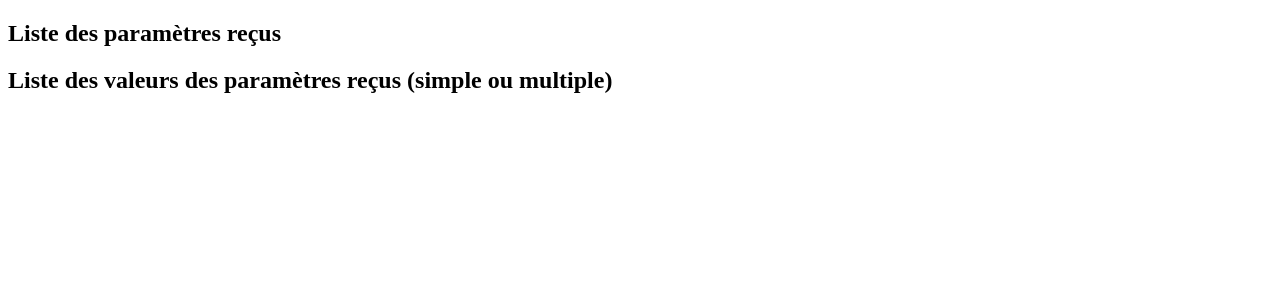
Repository: big73/NFE114
Page: http://localhost/Seance3_params_JSP/afficheForm.jsp
The author's editor kept a copy of each file at every save. The page is drawn from the files as they stood at one save, then again after the next save.
The browser window is 1280 px wide. The pictures show the whole page.
The page is served by Tomcat 9.

Above is the page before, as saved 2015-12-28 15:05:30.

### Seance3_params_JSP/WebContent/afficheForm.jsp
<%@ page language="java" contentType="text/html; charset=UTF-8" pageEncoding="UTF-8"%>
<%@ taglib uri="http://java.sun.com/jsp/jstl/core" prefix="c" %>
<%@ taglib uri="http://java.sun.com/jsp/jstl/functions" prefix="fn" %>
<!DOCTYPE html PUBLIC "-//W3C//DTD HTML 4.01 Transitional//EN" "http://www.w3.org/TR/html4/loose.dtd">
<html>
<head>
<meta http-equiv="Content-Type" content="text/html; charset=UTF-8">
<title>Traitement des paramètres</title>
<link rel="stylesheet" href="css/style.css">
</head>
<body>

	<h2>Liste des paramètres reçus</h2>

		<c:forEach var="parametre" items="${param}">
			<c:out value="${parametre.key}" />
			<c:out value="${parametre.value }" /><br>
		</c:forEach>

	<h2>Liste des valeurs des paramètres reçus (simple ou multiple)</h2>
	<ul>
		<c:forEach var="par" items="${paramValues }">
			<c:set var="typeParam" value="${(fn:length(par.value) > 1) ? 'multiple' : 'simple' }" />
			<li>
				<c:out value="paramètre ${par.key } est de type : ${typeParam }" /><br>
				valeur :
				<c:forEach var="valParam" items="${par.value}">
					<c:out value="${valParam }"></c:out>
				</c:forEach>
			</li>
		</c:forEach>
	</ul>

	<div>
	<!-- on teste si le gars a visité au moins un pays ou pas du tout -->
	<c:choose>
		<c:when test="${! empty paramValues.paysSelected } && ${! empty paramValues.paysOption }">
		<h3>
			<c:out value="${param.prenom} ${param.nom } a visité les pays suivant :" />
		</h3>
		<table border="1">
			<tr>
				<th>Sélection multiple de pays</th>
				<td>

				</td>
			</tr>
			<tr>
				<th>Sélection d'autres pays</th>
				<td>

				</td>
			</tr>
		</table>
		</c:when>
	</c:choose>
	</div>

</body>
</html>

### Seance3_params_JSP/WebContent/css/style.css
li,div
{
	margin : 20px;
}
table, th, td {
    border: 1px solid black;
}

After the next save:
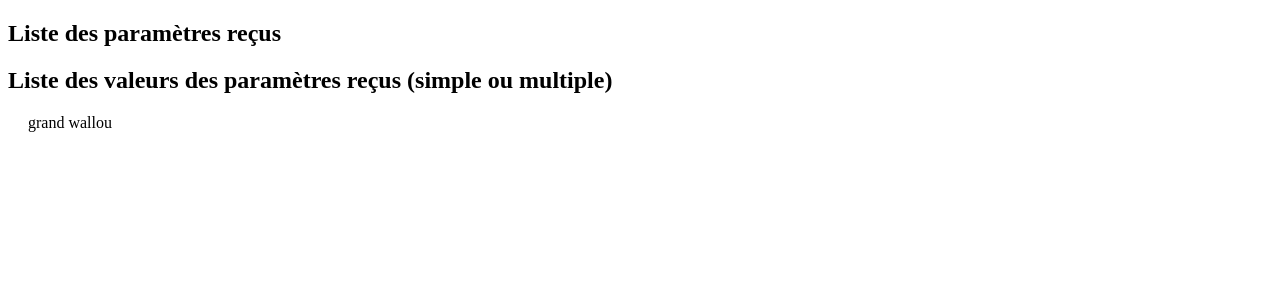
Saved 58 s later.
--- a/Seance3_params_JSP/WebContent/afficheForm.jsp
+++ b/Seance3_params_JSP/WebContent/afficheForm.jsp
@@ -53,6 +53,9 @@
 			</tr>
 		</table>
 		</c:when>
+		<c:otherwise>
+			<c:out value="grand wallou"></c:out>
+		</c:otherwise>
 	</c:choose>
 	</div>
 
